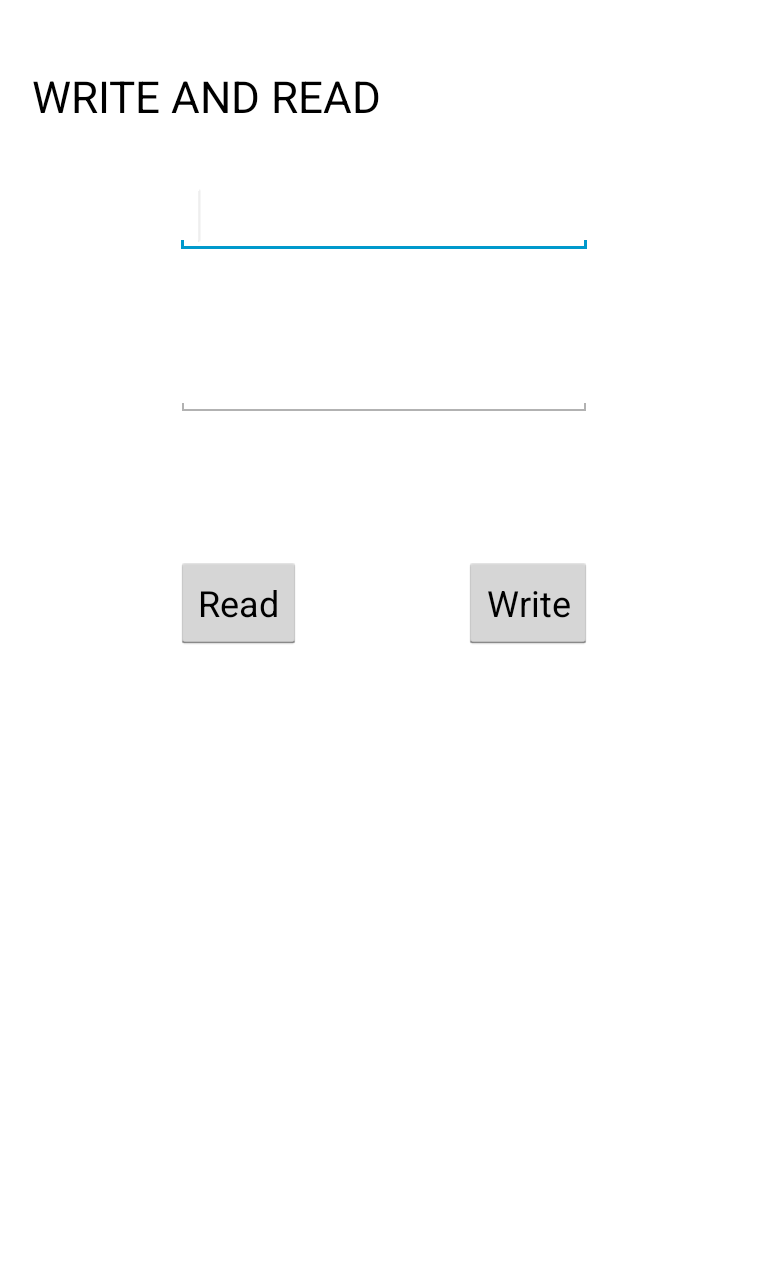
Repository: amittttt/Android-HP
Layout: ReadandWrite/res/layout/activity_main.xml
An editor plug-in stored every save of this project. The layout is shown before and after the next save, followed by the edit.
It is drawn on a 768 x 1280 px phone screen (xhdpi) without system bars, with theme AppTheme; the app's code is not run.

Above is the layout before, as saved 2016-05-11 04:10:09.

### ReadandWrite/res/layout/activity_main.xml
<RelativeLayout xmlns:android="http://schemas.android.com/apk/res/android"
    xmlns:tools="http://schemas.android.com/tools"
    android:layout_width="match_parent"
    android:layout_height="match_parent"
    android:paddingBottom="@dimen/activity_vertical_margin"
    android:paddingLeft="@dimen/activity_horizontal_margin"
    android:paddingRight="@dimen/activity_horizontal_margin"
    android:paddingTop="@dimen/activity_vertical_margin"
    tools:context=".MainActivity" >

    <TextView
        android:id="@+id/textView1"
        android:layout_width="wrap_content"
        android:layout_height="wrap_content"
        android:layout_alignParentLeft="true"
        android:layout_alignParentTop="true"
        android:layout_marginTop="17dp"
        android:text="WRITE AND READ "
        android:textAppearance="?android:attr/textAppearanceLarge" />

    <EditText
        android:id="@+id/editText1"
        android:layout_width="wrap_content"
        android:layout_height="wrap_content"
        android:layout_below="@+id/textView1"
        android:layout_centerHorizontal="true"
        android:layout_marginTop="26dp"
        android:ems="10" >

        <requestFocus />
    </EditText>

    <EditText
        android:id="@+id/editText2"
        android:layout_width="wrap_content"
        android:layout_height="wrap_content"
        android:layout_below="@+id/editText1"
        android:layout_centerHorizontal="true"
        android:layout_marginTop="42dp"
        android:ems="10" />

    <Button
        android:id="@+id/button1"
        android:layout_width="wrap_content"
        android:layout_height="wrap_content"
        android:layout_alignLeft="@+id/editText2"
        android:layout_below="@+id/editText2"
        android:layout_marginTop="68dp"
        android:text="Read" />

    <Button
        android:id="@+id/button2"
        android:layout_width="wrap_content"
        android:layout_height="wrap_content"
        android:layout_alignBaseline="@+id/button1"
        android:layout_alignBottom="@+id/button1"
        android:layout_alignRight="@+id/editText2"
        android:text="Write" />

</RelativeLayout>

Loaded but not shown: ReadandWrite/res/values/styles.xml (common file); ReadandWrite/res/values-v11/styles.xml (common file); ReadandWrite/res/values-v14/styles.xml (common file); ReadandWrite/res/values/dimens.xml (common file)

After the next save:
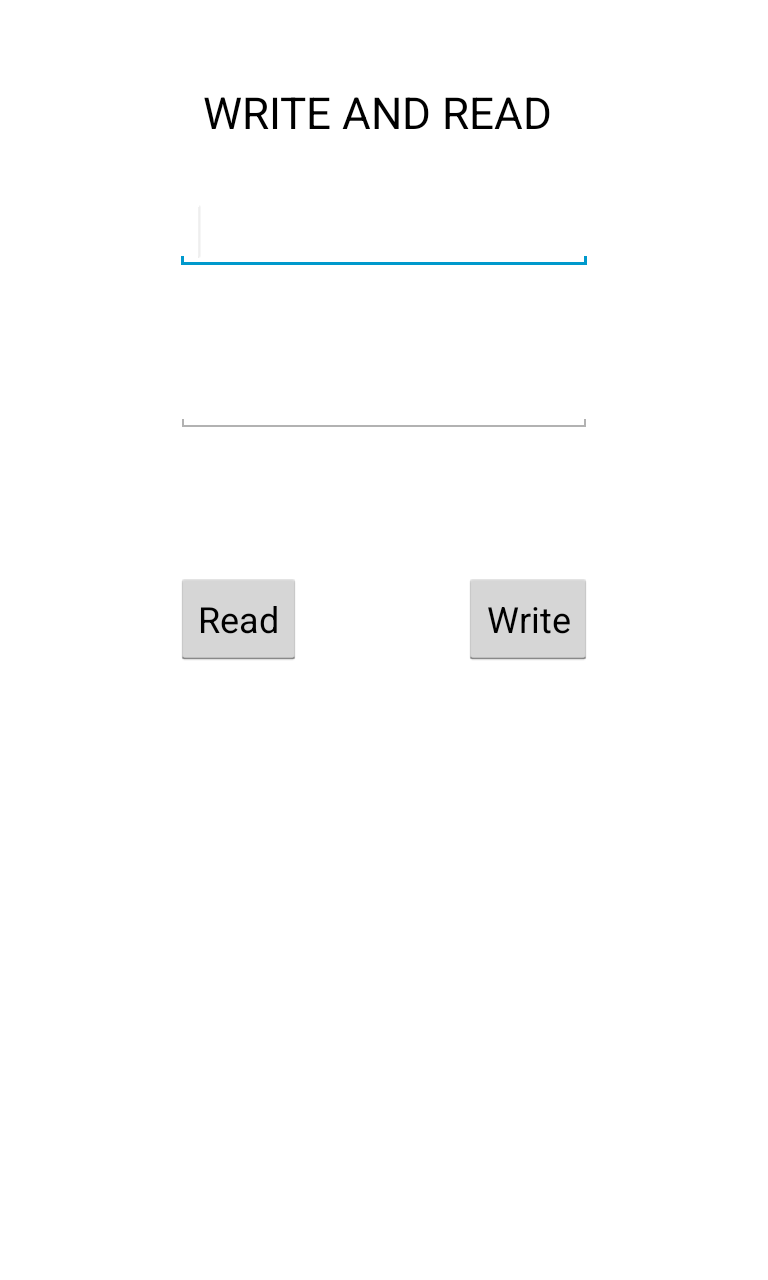
Saved 3 min 9 s later.
--- a/ReadandWrite/res/layout/activity_main.xml
+++ b/ReadandWrite/res/layout/activity_main.xml
@@ -8,18 +8,8 @@
     android:paddingTop="@dimen/activity_vertical_margin"
     tools:context=".MainActivity" >
 
-    <TextView
-        android:id="@+id/textView1"
-        android:layout_width="wrap_content"
-        android:layout_height="wrap_content"
-        android:layout_alignParentLeft="true"
-        android:layout_alignParentTop="true"
-        android:layout_marginTop="17dp"
-        android:text="WRITE AND READ "
-        android:textAppearance="?android:attr/textAppearanceLarge" />
-
     <EditText
-        android:id="@+id/editText1"
+        android:id="@+id/filename"
         android:layout_width="wrap_content"
         android:layout_height="wrap_content"
         android:layout_below="@+id/textView1"
@@ -31,30 +21,40 @@
     </EditText>
 
     <EditText
-        android:id="@+id/editText2"
+        android:id="@+id/data"
         android:layout_width="wrap_content"
         android:layout_height="wrap_content"
-        android:layout_below="@+id/editText1"
+        android:layout_below="@+id/filename"
         android:layout_centerHorizontal="true"
         android:layout_marginTop="42dp"
         android:ems="10" />
 
     <Button
-        android:id="@+id/button1"
+        android:id="@+id/read"
         android:layout_width="wrap_content"
         android:layout_height="wrap_content"
-        android:layout_alignLeft="@+id/editText2"
-        android:layout_below="@+id/editText2"
+        android:layout_alignLeft="@+id/data"
+        android:layout_below="@+id/data"
         android:layout_marginTop="68dp"
         android:text="Read" />
 
     <Button
-        android:id="@+id/button2"
+        android:id="@+id/write"
         android:layout_width="wrap_content"
         android:layout_height="wrap_content"
-        android:layout_alignBaseline="@+id/button1"
-        android:layout_alignBottom="@+id/button1"
-        android:layout_alignRight="@+id/editText2"
+        android:layout_alignBaseline="@+id/read"
+        android:layout_alignBottom="@+id/read"
+        android:layout_alignRight="@+id/data"
         android:text="Write" />
 
+    <TextView
+        android:id="@+id/textView1"
+        android:layout_width="wrap_content"
+        android:layout_height="wrap_content"
+        android:layout_alignParentTop="true"
+        android:layout_centerHorizontal="true"
+        android:layout_marginTop="25dp"
+        android:text="WRITE AND READ "
+        android:textAppearance="?android:attr/textAppearanceLarge" />
+
 </RelativeLayout>
